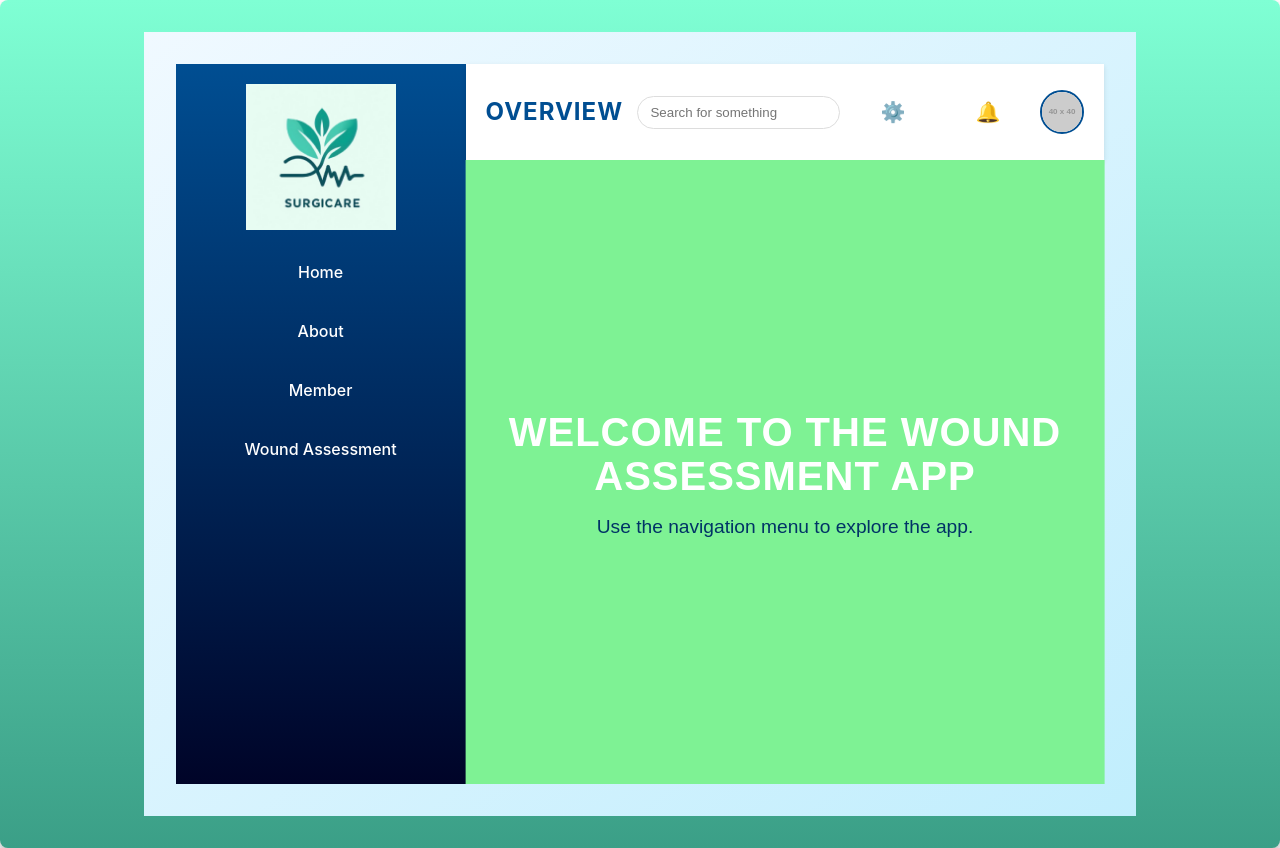
Repository: Jinwoo290350/Surgicare-Vue
Page: / (app in surgicare/)
These files come from the project's save history. The page is drawn as it stood at one moment and after the next save; the edit follows.
The browser window is 1280 px wide. The pictures show the whole page.
The project was rebuilt for these pictures with package versions that can differ from the ones it lists, and the page was loaded fresh each time. Also part of the build but not shown: surgicare/vite.config.js, surgicare/src/views/About.vue, surgicare/src/views/Member.vue, surgicare/src/components/WoundAssessment.vue.

Above is the page before, as saved 2024-12-30 14:10:12.
Console error: TypeError: Cannot read properties of null (reading 'getContext')

### surgicare/index.html
<!doctype html>
<html lang="en">
  <head>
    <meta charset="UTF-8" />
    <link rel="icon" type="image/svg+xml" href="/vite.svg" />
    <meta name="viewport" content="width=device-width, initial-scale=1.0" />
    <title>Vite + Vue</title>
  </head>
  <body>
    <div id="app"></div>
    <script type="module" src="/src/main.js"></script>
  </script>
  <link href="https://fonts.googleapis.com/css2?family=Roboto:wght@400;500;700&display=swap" rel="stylesheet">

  <script type="text/javascript" src="./src/star.js"></script>
  </body>
</html>

### surgicare/src/main.js
import { createApp } from 'vue'
import './style.css'
import App from './App.vue'
import router from "./router";

createApp(App).use(router).mount("#app");

### surgicare/src/style.css
:root {
  font-family: Inter, system-ui, Avenir, Helvetica, Arial, sans-serif;
  line-height: 1.5;
  font-weight: 400;
  color-scheme: light dark;
  color: rgba(255, 255, 255, 0.87);
  background-color: #242424; /* Keeping the same background, just a bit darker */
  font-synthesis: none;
  text-rendering: optimizeLegibility;
  -webkit-font-smoothing: antialiased;
  -moz-osx-font-smoothing: grayscale;
}

a {
  font-weight: 500;
  text-decoration: inherit;
  transition: color 0.3s ease-in-out;
}
a:hover {
  color: #535bf2; /* Keep the same blue hover effect */
}

body {
  margin: 0;
  display: flex;
  place-items: center;
  min-width: 320px;
  min-height: 100vh;
  padding-left: 20px;
  padding-right: 20px;
  background-color: #1f2d29; /* Darkened background color */
  background-image: linear-gradient(to top, #3b9f87, #7FFFD4); /* Keep the original gradient, just darker */
  background-repeat: repeat-x;
  filter: progid:DXImageTransform.Microsoft.gradient(startColorstr='#3b9f87', endColorstr='#7FFFD4', GradientType=0);
  border-radius: 8px;
  box-shadow: 0 6px 12px rgba(0, 0, 0, 0.3); /* Stronger shadow for depth */
}

h1 {
  font-size: 3.2em;
  line-height: 1.1;
  color: #fff;
  text-transform: uppercase;
  letter-spacing: 1px;
  margin-bottom: 0.5em;
  transition: transform 0.3s ease-in-out;
}
h1:hover {
  transform: scale(1.05); /* Slightly enlarges title on hover */
}

button {
  border-radius: 8px;
  border: 1px solid transparent;
  padding: 0.8em 1.5em;
  font-size: 1em;
  font-weight: 500;
  font-family: inherit;
  background-color: #333; /* Slightly darker button background */
  color: white;
  cursor: pointer;
  transition: all 0.3s ease;
}
button:hover {
  border-color: #646cff;
  background-color: #444; /* Darker hover effect */
  transform: translateY(-2px); /* Lift effect on hover */
}
button:focus,
button:focus-visible {
  outline: 4px auto -webkit-focus-ring-color;
}

.card {
  padding: 2em;
  background-color: #2a2a2a; /* Darkened card background */
  border-radius: 12px;
  box-shadow: 0 4px 10px rgba(0, 0, 0, 0.4); /* Darker shadow for cards */
  transition: transform 0.3s ease;
}
.card:hover {
  transform: translateY(-5px); /* Slight lift effect on hover */
}

#app {
  max-width: 1280px;
  margin: 0 auto;
  padding: 2rem;
  text-align: center;
}

/* Media Query for Small Screens (Mobile) */
@media (max-width: 768px) {
  body {
    padding-left: 15px;
    padding-right: 15px;
  }

  h1 {
    font-size: 2.4em; /* Slightly smaller title for mobile screens */
  }

  button {
    padding: 0.6em 1.2em;
    font-size: 1em;
  }

  .card {
    padding: 1.5em;
  }

  #app {
    padding: 1.5rem;
  }
}

/* Light Mode Styles */
@media (prefers-color-scheme: light) {
  :root {
    color: #213547;
    background-color: #ffffff;
  }
  a:hover {
    color: #747bff;
  }
  button {
    background-color: #f9f9f9;
    color: #333;
  }
  .card {
    background-color: #f5f5f5;
    box-shadow: 0 2px 6px rgba(0, 0, 0, 0.1);
  }
}

### surgicare/src/App.vue
<template>
  <div id="app" class="app-container">
    <aside class="sidebar">
      <img src="/Users/frank/Vscode/Vue/surgicare/public/Icon_surgicare.png" alt="Logo" class="logo" />
      <nav class="menu">
        <router-link to="/">Home</router-link>
        <router-link to="/about">About</router-link>
        <router-link to="/member">Member</router-link>
        <router-link to="/wound-assessment">Wound Assessment</router-link>
      </nav>
    </aside>

    <main class="main-content">
      <header class="header">
        <h1>Overview</h1>
        <div class="header-tools">
          <input type="text" placeholder="Search for something" class="search-box" />
          <button class="settings-btn">⚙️</button>
          <button class="notifications-btn">🔔</button>
          <img src="https://via.placeholder.com/40" alt="Profile" class="profile-pic" />
        </div>
      </header>
      <div class="content-area">
        <div class="placeholder">WELCOME TO THE WOUND ASSESSMENT APP</div>
        <router-view />
      </div>
    </main>
  </div>
</template>

<script>
export default {
  name: "DashboardPage",
};
</script>

<style scoped>
/* General Styles */
body {
  margin: 0;
  font-family: 'Poppins', Arial, sans-serif;
}

.app-container {
  display: flex;
  height: 100vh;
  background: linear-gradient(to bottom right, #f0f9ff, #c1eefd);
}

.sidebar {
  width: 250px;
  background: linear-gradient(to bottom, #004e92, #000428);
  color: white;
  padding: 20px;
  display: flex;
  flex-direction: column;
  align-items: center;
}

.logo {
  width: 100%;
  max-width: 150px;
  margin-bottom: 20px;
}

.menu a {
  text-decoration: none;
  color: white;
  font-size: 16px;
  margin-bottom: 15px;
  display: block;
  text-align: center;
  padding: 10px 15px;
  border-radius: 8px;
  transition: background 0.3s, transform 0.3s;
}

.menu a:hover {
  background: rgba(255, 255, 255, 0.2);
  transform: scale(1.05);
}

.main-content {
  flex-grow: 1;
  display: flex;
  flex-direction: column;
}

.header {
  display: flex;
  justify-content: space-between;
  align-items: center;
  padding: 20px;
  background: white;
  box-shadow: 0 2px 5px rgba(0, 0, 0, 0.1);
}

.header h1 {
  font-size: 24px;
  color: #004e92;
  margin: 0;
}

.header-tools {
  display: flex;
  align-items: center;
}

.search-box {
  padding: 8px 12px;
  border: 1px solid #ddd;
  border-radius: 25px;
  margin-right: 10px;
  outline: none;
  transition: box-shadow 0.3s;
}

.search-box:focus {
  box-shadow: 0 0 10px rgba(0, 78, 146, 0.5);
}

.settings-btn,
.notifications-btn {
  background: none;
  border: none;
  font-size: 20px;
  color: #555;
  margin-right: 10px;
  cursor: pointer;
}

.profile-pic {
  width: 40px;
  height: 40px;
  border-radius: 50%;
  border: 2px solid #004e92;
}

.content-area {
  flex-grow: 1;
  background: linear-gradient(to bottom right, #e6f7f9, #ffffff);
  display: flex;
  justify-content: center;
  align-items: center;
  position: relative;
}

.placeholder {
  width: 80%;
  height: 80%;
  background: rgba(255, 255, 255, 0.8);
  border-radius: 20px;
  box-shadow: 0 4px 20px rgba(0, 0, 0, 0.1);
  display: flex;
  justify-content: center;
  align-items: center;
  font-size: 28px;
  color: #004e92;
  font-weight: bold;
  text-align: center;
}
</style>

### surgicare/src/router/index.js
import { createRouter, createWebHistory } from "vue-router";
import Home from "../views/Home.vue";
import About from "../views/About.vue";
import Member from '../views/Member.vue';
import WoundAssessment from "../components/WoundAssessment.vue";

const routes = [
  { path: "/", name: "Home", component: Home },
  { path: "/about", name: "About", component: About },
  {
    path: "/member",
    name: "Member",
    component: Member,
  },
  { path: "/wound-assessment", name: "WoundAssessment", component: WoundAssessment },
];

const router = createRouter({
  history: createWebHistory(),
  routes,
});

export default router;

### surgicare/src/views/Home.vue
<template>
  <div class="home">
    <h1 class="title">Welcome to the Wound Assessment App</h1>
    <p class="description">Use the navigation menu to explore the app.</p>
  </div>
</template>

<script>
export default {
  name: "Home",
};
</script>

<style scoped>
.home {
  display: flex;
  flex-direction: column;
  align-items: center;
  justify-content: center;
  position: absolute; /* Ensure it covers the entire viewport */
  top: 50%;
  left: 50%;
  transform: translate(-50%, -50%); /* Center content perfectly */
  width: 100%;
  height: 100%;
  background: linear-gradient(to bottom right, #7ef294, #7ef294);
  color: #003366;
  font-family: 'Arial', sans-serif;
  text-align: center;
  padding: 20px;
  box-sizing: border-box;
}

.title {
  font-size: 2.5rem;
  font-weight: bold;
  margin-bottom: 15px;
}

.description {
  font-size: 1.2rem;
  font-weight: 300;
  margin-top: 0;
}
</style>

### surgicare/src/star.js
const canvas = document.querySelector('canvas')
const c = canvas.getContext('2d')

canvas.width = innerWidth
canvas.height = innerHeight

window.addEventListener("resize", function() {
    canvas.width = window.innerWidth;
    canvas.height = window.innerHeight;
    init()
})
function Star(x, y, radius, color) {
    this.x = x
    this.y = y
    this.radius = radius
    this.color = color
    this.velocity = {
        x: (Math.random() - 0.5) * 8,
        y: 3
    }
    this.friction = 0.8
    this.gravity = 1
}

Star.prototype.draw = function() {
    c.save()
    c.beginPath()
    c.arc(this.x, this.y, this.radius, 0, Math.PI * 2, false)
    c.fillStyle = this.color
    c.shadowColor = '#E3EAEF'
    c.shadowBlur = 20
    c.fill()
    c.closePath()
    c.restore()
}

Star.prototype.update = function() {
    this.draw()

    //When ball hits bottom of screen
    if(this.y + this.radius + this.velocity.y > canvas.height - groundHeight){
        this.velocity.y = -this.velocity.y * this.friction
        this.shatter()
    }
    else{
        this.velocity.y += this.gravity
    }

    //Hits side of screen
    if(this.x + this.radius + this.velocity.x > canvas.width || this.x - this.radius <= 0){
        this.velocity.x = -this.velocity.x * this.friction
        this.shatter()
    }

    this.x += this.velocity.x
    this.y += this.velocity.y

}

Star.prototype.shatter = function(){
    this.radius -= 3
    for(let i = 0; i < 8; i++){
        miniStars.push(new MiniStar(this.x, this.y, 2))
    }

}

function MiniStar(x, y, radius, color){
    Star.call(this, x, y, radius, color)
    this.velocity = {
        x: (Math.random() - 0.5) * 10,
        y: (Math.random() - 0.5) * 30
    }
    this.friction = 0.8
    this.gravity = 0.1
    this.ttl = 100
    this.opacity = 1
}

MiniStar.prototype.draw = function() {
    c.save()
    c.beginPath()
    c.arc(this.x, this.y, this.radius, 0, Math.PI * 2, false)
    c.fillStyle = `rgba(227,234, 239, ${this.opacity})`
    c.shadowColor = '#E3EAEF'
    c.shadowBlur = 20
    c.fill()
    c.closePath()
    c.restore()
}

MiniStar.prototype.update = function() {
    this.draw()

    if(this.y + this.radius + this.velocity.y > canvas.height - groundHeight){
        this.velocity.y = -this.velocity.y * this.friction
    }
    else{
        this.velocity.y += this.gravity
    }

    this.x += this.velocity.x
    this.y += this.velocity.y
    this.ttl -= 1
    this.opacity -= 0.0001 * this.ttl
}

function creatMountainRange(mountainAmount, height, color){
    for(let i = 0; i < mountainAmount; i++){
        const mountainWidth = canvas.width / mountainAmount
        c.beginPath()
        c.moveTo(i * mountainWidth, canvas.height)
        c.lineTo(i * mountainWidth + mountainWidth + 0.2*canvas.height, canvas.height)
        c.lineTo(i * mountainWidth + mountainWidth / 2, canvas.height - height)
        c.lineTo(i * mountainWidth - 0.2*canvas.height, canvas.height)
        c.fillStyle = color
        c.fill()
        c.closePath()
    }
}

// Implementation
const backgroundGradient = c.createLinearGradient(0, 0, canvas.width, canvas.height)
backgroundGradient.addColorStop(0, '#171e26')
backgroundGradient.addColorStop(1, '#3f586b')

let stars
let miniStars
let backgroundStars
let ticker = 0
let randomSpawnRate = 75
const groundHeight = 0.09 * canvas.height
let inf = 1e9
function init() {
    stars = []
    miniStars = []
    backgroundStars = []

    for(let i = 0; i < 200; i++){
        const x = Math.random() * canvas.width
        const y = Math.random() * canvas.height
        const radius = Math.random() * 3
        backgroundStars.push(new Star(x, y, radius, 'white'))
    }
}

// Animation Loop
function animate() {
    c.clearRect(0, 0, 0, canvas.height)
    c.fillStyle = backgroundGradient
    c.fillRect(0, 0, canvas.width, canvas.height)

    backgroundStars.forEach(backgroundStar => {
        backgroundStar.draw()
    })

    if(flag) creatMountainRange(1, canvas.height * 0.7, '#384551')
    if(flag) creatMountainRange(2, canvas.height * 0.6, '#2B3843')
    if(flag) creatMountainRange(3, canvas.height * 0.4, '#26333E')
    c.fillStyle = '#182028'
    c.fillRect(0, canvas.height - groundHeight, canvas.width, groundHeight)
    stars.forEach((star, index) => {
        star.update();
        if(star.radius == 0){
            stars.splice(index, 1)
        }
    });

    miniStars.forEach((miniStar, index) => {
        miniStar.update();
        if(miniStar.ttl == 0){
            miniStars.splice(index, 1)
        }
    });

    ticker++
    if(ticker >= inf){
        ticker = 0
    }
    if(ticker % randomSpawnRate == 0){
        const radius = 9
        const x = Math.max(radius, Math.random() * canvas.width - radius)
        stars.push(new Star(x, -100, 9, '#E3EAEF'))
        randomSpawnRate = Math.floor(Math.random() * (200 - 125 + 1) + 125)
    }

    requestAnimationFrame(animate)
}

init()
animate()

After the next save:
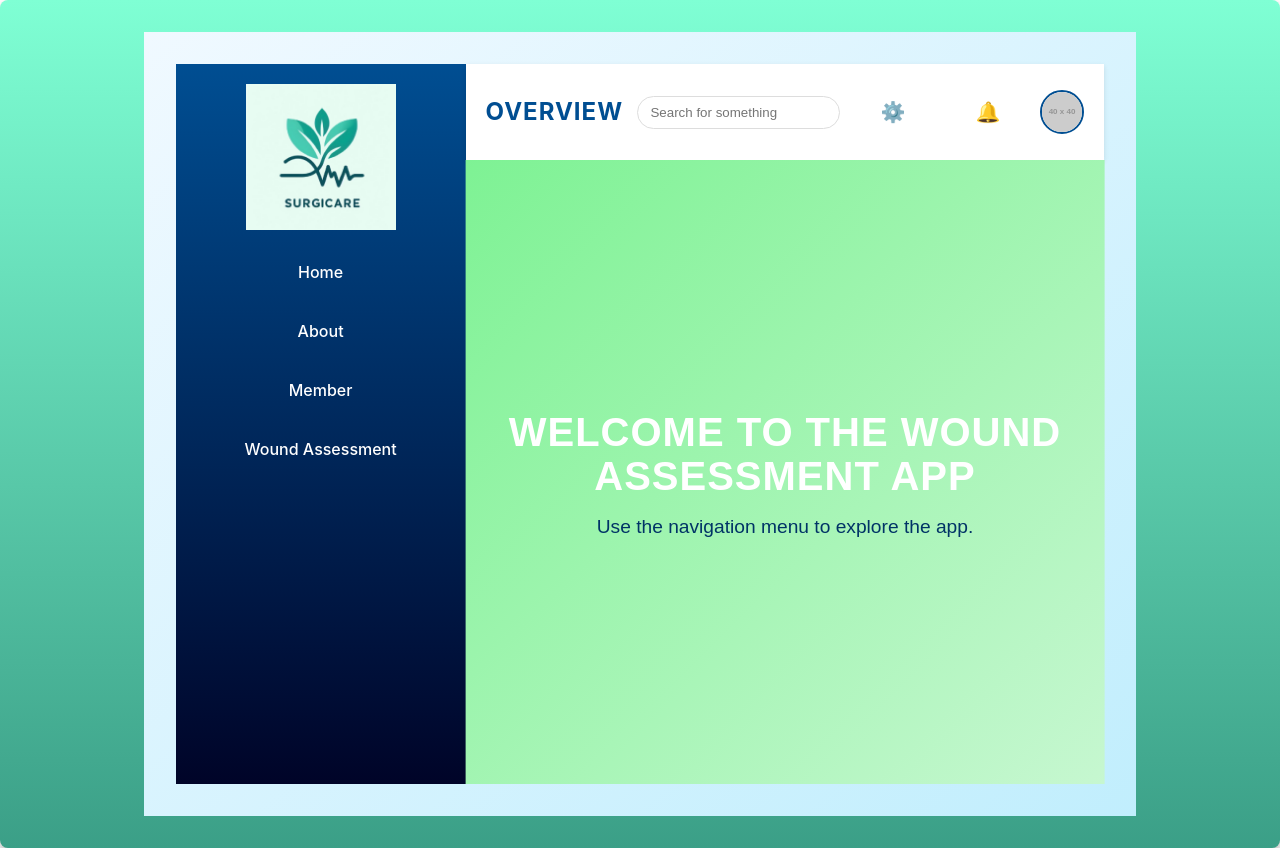
Saved 25 s later.
--- a/surgicare/src/views/Home.vue
+++ b/surgicare/src/views/Home.vue
@@ -23,7 +23,7 @@ export default {
   transform: translate(-50%, -50%); /* Center content perfectly */
   width: 100%;
   height: 100%;
-  background: linear-gradient(to bottom right, #7ef294, #7ef294);
+  background: linear-gradient(to bottom right, #7ef294, #c6f7d0);
   color: #003366;
   font-family: 'Arial', sans-serif;
   text-align: center;
